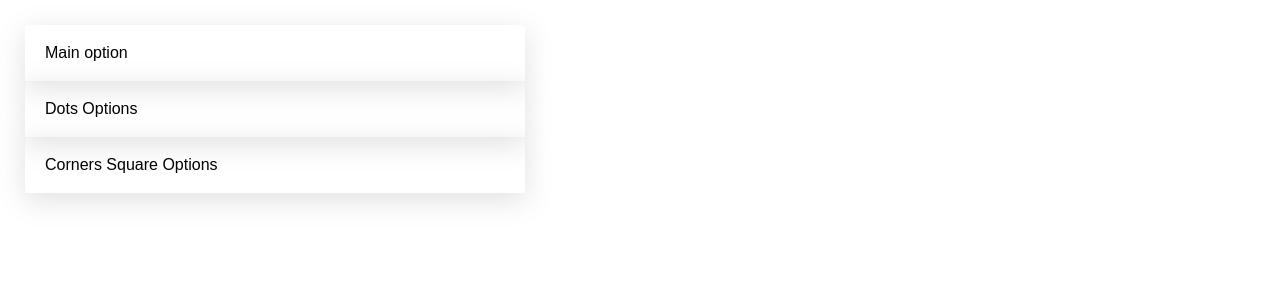
Repository: kip310/qr-code-js-club
Page: index.html
These files come from the project's save history. The page is drawn as it stood at one moment and after the next save; the edit follows.
The browser window is 1280 px wide. The pictures show the whole page.

Above is the page before, as saved 2025-02-12 12:56:18.

After the next save:
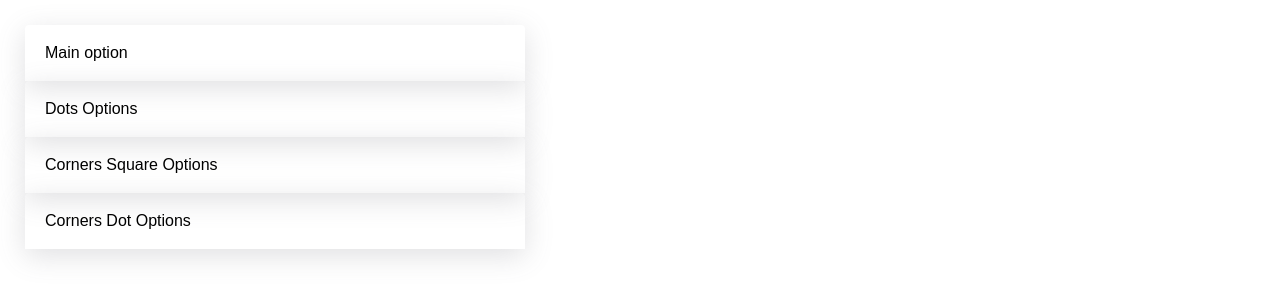
Saved 17 min 20 s later.
--- a/index.html
+++ b/index.html
@@ -148,8 +148,60 @@
                 <input node="cornersSquareOptionsHelper.gradient.rotation" id="form-corners-square-gradient-rotation" type="number" min="0" max="360" value="0"/>
             </div>
         </div>
-        </div>
-
+      </div>
+
+        <div class="accordion-header">
+            <span>Corners Dot Options</span>
+            <i class="fa fa-angle-down icon"></i>
+        </div>
+        <div class="accordion-content">
+            <div class="accordion-content-inner">
+                <label for="form-corners-dot-type">Corners Dot Style</label>
+                <div>
+                    <select node="cornersDotOptions.type" id="form-corners-dot-type">
+                        <option value="" selected>None</option>
+                        <option value="square">Square</option>
+                        <option value="dot">Dot</option>
+                    </select>
+                </div>
+                <label>Color Type</label>
+                <div class="space-between-container">
+                    <div style="flex-grow: 1">
+                        <input node-data-field="checked" node="cornersDotOptionsHelper.colorType.single" id="form-corners-dot-color-type-single" type="radio" name="corners-dot-color-type" checked/>
+                        <label for="form-corners-dot-color-type-single">Single color</label>
+                    </div>
+                    <div style="flex-grow: 1">
+                        <input node-data-field="checked" node="cornersDotOptionsHelper.colorType.gradient" id="form-corners-dot-color-type-gradient" type="radio" name="corners-dot-color-type"/>
+                        <label for="form-corners-dot-color-type-gradient">Color gradient</label>
+                    </div>
+                </div>
+                <label class="cornersDotOptionsHelper.colorType.single" for="form-corners-dot-color">Corners Dot Color</label>
+                <div class="cornersDotOptionsHelper.colorType.single buttons-container">
+                    <input node="cornersDotOptions.color" id="form-corners-dot-color" type="color" value="#000000"/>
+                    <button type="button" id="button-clear-corners-dot-color">Clear</button>
+                </div>
+                <label class="cornersDotOptionsHelper.colorType.gradient" style="visibility: hidden; height: 0">Gradient Type</label>
+                <div class="cornersDotOptionsHelper.colorType.gradient space-between-container" style="visibility: hidden; height: 0">
+                    <div style="flex-grow: 1">
+                        <input node-data-field="checked" node="cornersDotOptionsHelper.gradient.linear" id="form-corners-dot-gradient-type-linear" type="radio" name="corners-dot-gradient-type" checked/>
+                        <label for="form-corners-dot-gradient-type-linear">Linear</label>
+                    </div>
+                    <div style="flex-grow: 1">
+                        <input node-data-field="checked" node="cornersDotOptionsHelper.gradient.radial" id="form-corners-dot-gradient-type-radial" type="radio" name="corners-dot-gradient-type"/>
+                        <label for="form-corners-dot-gradient-type-radial">Radial</label>
+                    </div>
+                </div>
+                <label class="cornersDotOptionsHelper.colorType.gradient" style="visibility: hidden; height: 0">Dots Gradient</label>
+                <div class="cornersDotOptionsHelper.colorType.gradient" style="visibility: hidden; height: 0">
+                    <input node="cornersDotOptionsHelper.gradient.color1" type="color" value="#000000"/>
+                    <input node="cornersDotOptionsHelper.gradient.color2" type="color" value="#000000"/>
+                </div>
+                <label class="cornersDotOptionsHelper.colorType.gradient" for="form-corners-dot-gradient-rotation" style="visibility: hidden; height: 0">Rotation</label>
+                <div class="cornersDotOptionsHelper.colorType.gradient" style="visibility: hidden; height: 0">
+                    <input node="cornersDotOptionsHelper.gradient.rotation" id="form-corners-dot-gradient-rotation" type="number" min="0" max="360" value="0"/>
+                </div>
+
+        </div>
       </div>
     </div>
       <script src="./hehe.js"></script>
